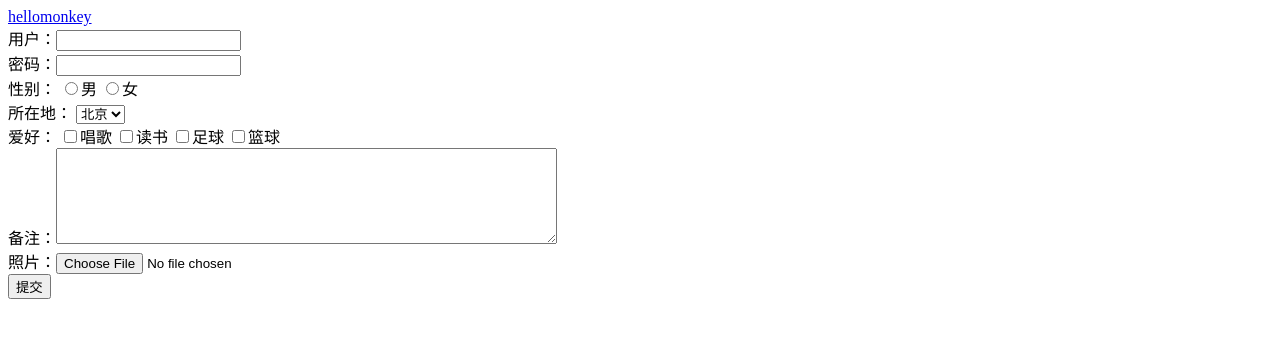
Repository: hellomonkey123/github
Page: javatest/test9/WebRoot/form.html
These files come from the project's save history. The page is drawn as it stood at one moment and after the next save; the edit follows.
The browser window is 1280 px wide. The pictures show the whole page.

Above is the page before, as saved 2018-08-18 08:50:18.

### javatest/test9/WebRoot/form.html
<!DOCTYPE html>
<html>
	<head>
		<meta charset="UTF-8">
		<title>form.html</title>
		<meta charset="UTF-8">
		<meta http-equiv="keywords" content="keyword1,keyword2,keyword3">
		<meta http-equiv="description" content="this is my page">
		<meta http-equiv="content-type" content="text/html;charset=UTF-8">

		<!-- <link rel="stylesheet" type="text/css" href="./styles.css"> -->
	</head>
	<body>
		<a href="/test9/servlet/RequestDemo3?name=xxx">hellomonkey</a>

		<form action="/test9/servlet/RequestDemo3" method="post">
			用户：<input type="text" name="username"><br/>
			密码：<input type="password" name="password"><br/>
			性别：
				<input type="radio" name="gender" value="male">男
				<input type="radio" name="gender" value="female">女
				<br/>

			所在地：
				<select name="city">
					<option>北京</option>
					<option>上海</option>
					<option>深圳</option>
				</select>
				<br/>
			爱好：
				<input type="checkbox" name="likes" value="sing">唱歌
				<input type="checkbox" name="likes" value="reading">读书
				<input type="checkbox" name="likes" value="football">足球
				<input type="checkbox" name="likes" value="basketball">篮球
				<br/>
			备注：<textarea rows="6" cols="60" name="description"></textarea><br/>

			照片：<input type="file" name="image"><br/>

			<input type="hidden" name="id" value="hfdjj">


			<input type="submit" value="提交">
		</form>



	</body>
</html>

After the next save:
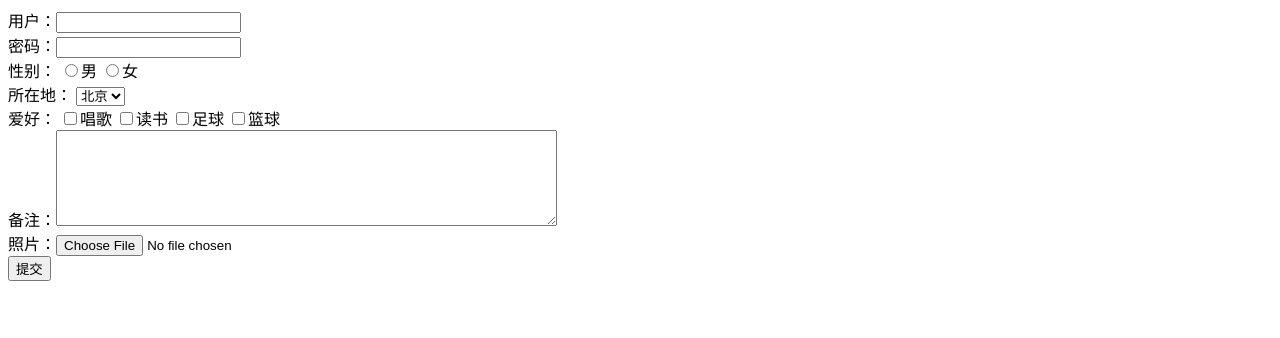
Saved 2 h 21 min later.
--- a/javatest/test9/WebRoot/form.html
+++ b/javatest/test9/WebRoot/form.html
@@ -3,7 +3,6 @@
 	<head>
 		<meta charset="UTF-8">
 		<title>form.html</title>
-		<meta charset="UTF-8">
 		<meta http-equiv="keywords" content="keyword1,keyword2,keyword3">
 		<meta http-equiv="description" content="this is my page">
 		<meta http-equiv="content-type" content="text/html;charset=UTF-8">
@@ -11,7 +10,7 @@
 		<!-- <link rel="stylesheet" type="text/css" href="./styles.css"> -->
 	</head>
 	<body>
-		<a href="/test9/servlet/RequestDemo3?name=xxx">hellomonkey</a>
+
 
 		<form action="/test9/servlet/RequestDemo3" method="post">
 			用户：<input type="text" name="username"><br/>
